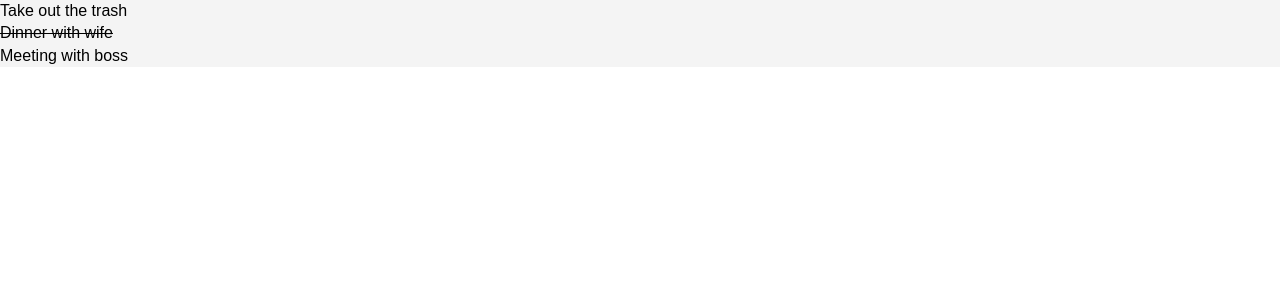
Repository: ChidiChuks/todo-list
Page: /
These files come from the project's save history. The page is drawn as it stood at one moment and after a run of saves; the edit follows.
The browser window is 1280 px wide. The pictures show the whole page.
The project was rebuilt for these pictures with package versions that can differ from the ones it lists, and the page was loaded fresh each time.

Above is the page before, as saved 2019-10-21 13:39:47.

After the next 2 saves:
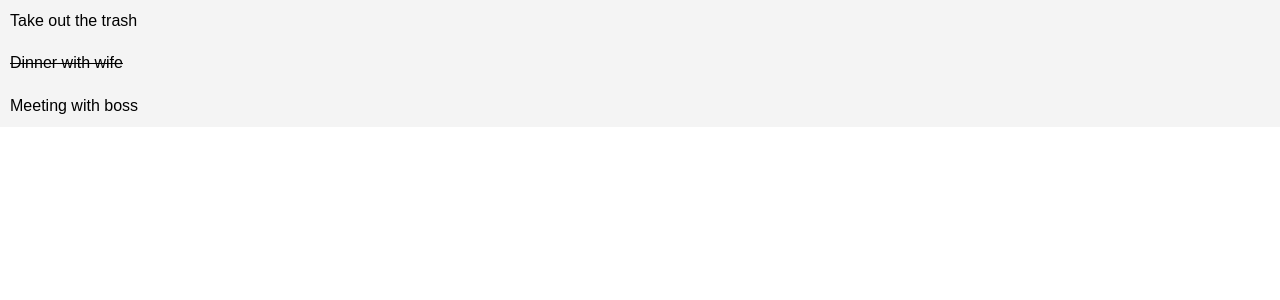
The 2 saves are shown as one change because they came seconds apart.
The last was saved 27 s later.
--- a/src/components/TodoItem.js
+++ b/src/components/TodoItem.js
@@ -5,6 +5,7 @@ export class TodoItem extends Component {
   getStyle = () => {
     return {
       background: '#f4f4f4',
+      padding: '10px',
       textDecoration: this.props.todo.completed ?  'line-through' : 'none'
     }
   }
